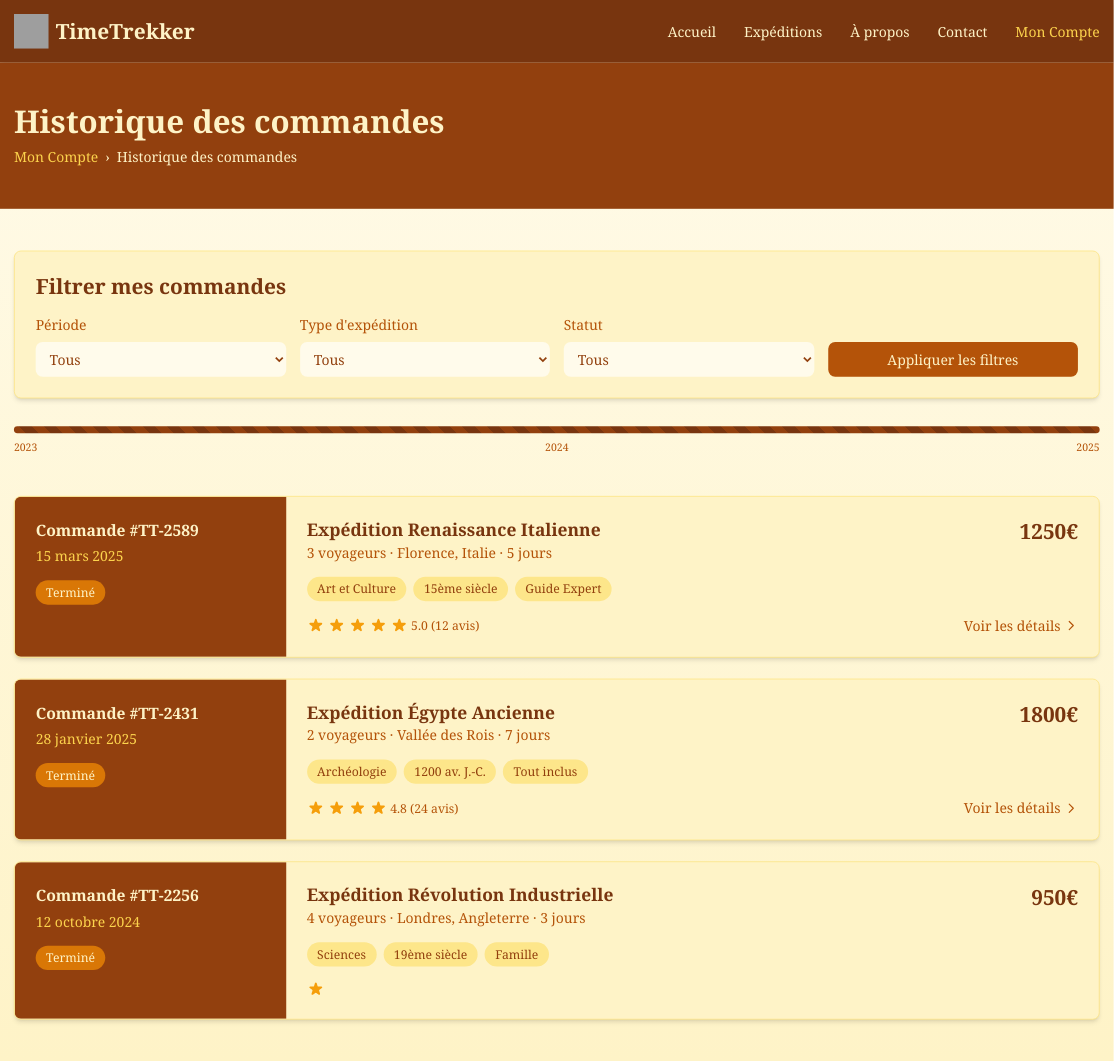
Repository: HamzaChehlaoui/History_Exploration_Website
Page: resources/views/test.html
These files come from the project's save history. The page is drawn as it stood at one moment and after the next save; the edit follows.
The browser window is 1280 px wide. The pictures show the whole page, at 87% of full size.
Pictures or frames that could not be fetched are drawn as grey boxes. Some web libraries are served in a nearby version.

Above is the page before, as saved 2025-03-17 14:48:54.

After the next save:
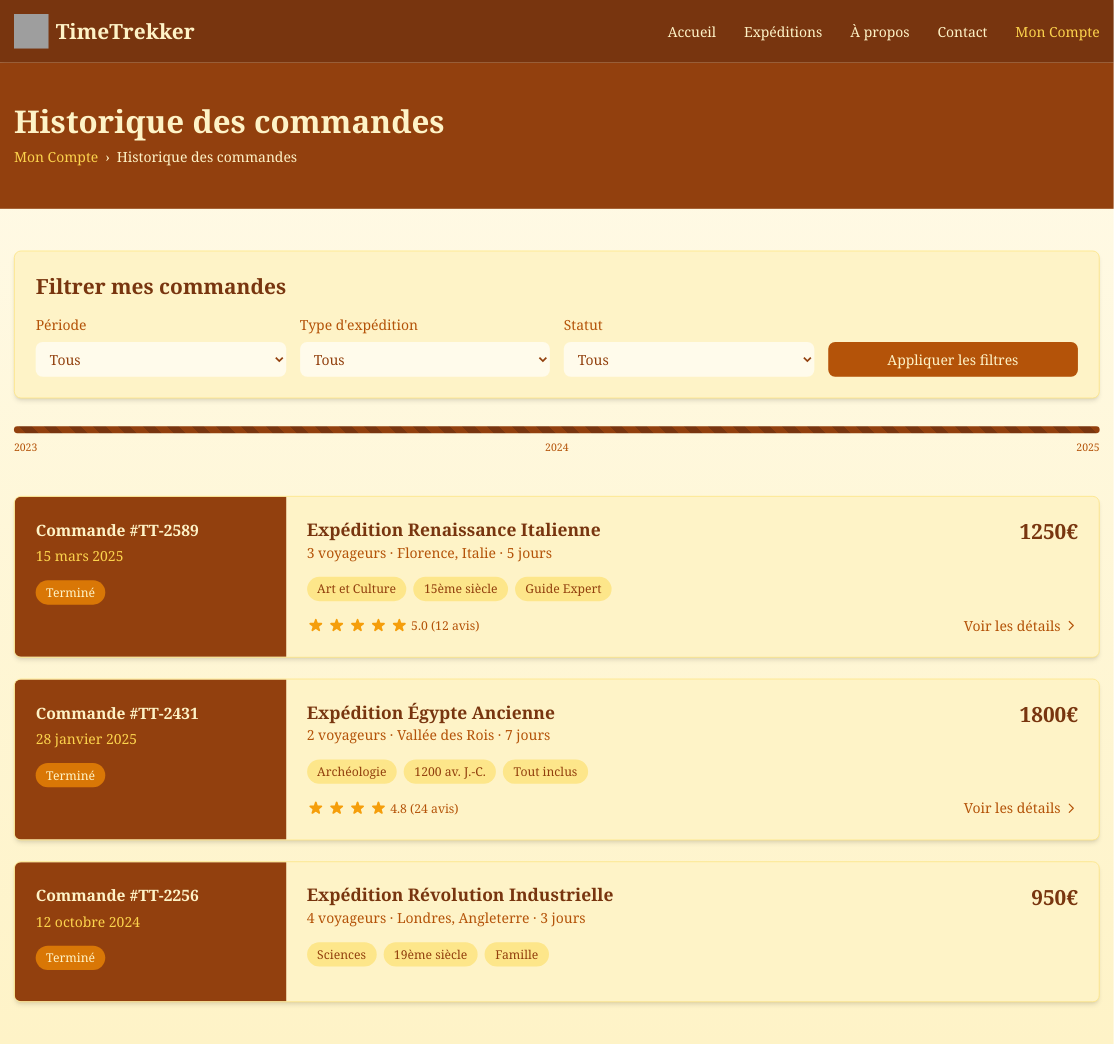
Saved 12 s later.
--- a/resources/views/test.html
+++ b/resources/views/test.html
@@ -269,9 +269,5 @@
                             <span class="bg-amber-200 text-amber-800 px-3 py-1 rounded-full text-sm">19ème siècle</span>
                             <span class="bg-amber-200 text-amber-800 px-3 py-1 rounded-full text-sm">Famille</span>
                         </div>
-                        <div class="flex justify-between items-center">
-                            <div class="flex items-center space-x-1 text-amber-500">
-                                <svg xmlns="http://www.w3.org/2000/svg" class="h-5 w-5" viewBox="0 0 20 20" fill="currentColor">
-                                    <path d="M9.049 2.927c.3-.921 1.603-.921 1.902 0l1.07 3.292a1 1 0 00.95.69h3.462c.969 0 1.371 1.24.588 1.81l-2.8 2.034a1 1 0 00-.364 1.118l1.07 3.292c.3.921-.755 1.688-1.54 1.118l-2.8-2.034a1 1 0 00-1.175 0l-2.8 2.034c-.784.57-1.838-.197-1.539-1.118l1.07-3.292a1 1 0 00-.364-1.118L2.98 8.72c-.783-.57-.38-1.81.588-1.81h3.462a1 1 0 00.95-.69l1.07-3.292z" />
-                                </svg>
-                                <svg xmlns="http://www.w3.org/2
+                    </div>
+                </div>
